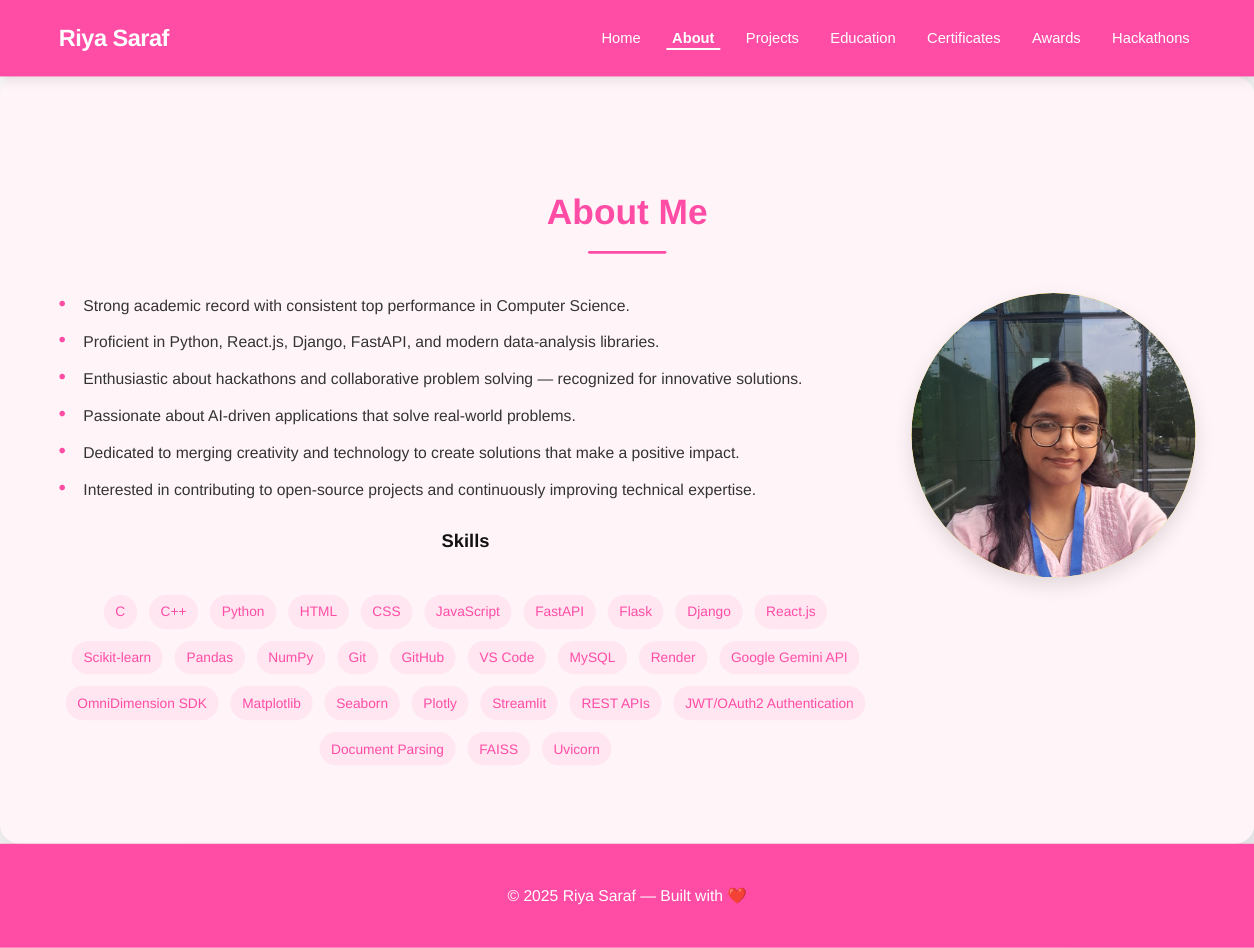
Repository: riyaaaa19/riya-portfolio
Page: /, after clicking the first element matching `nav > :nth-child(2)`
The author's editor kept a copy of each file at every save. The page is drawn from the files as they stood at one save, then again after the next save.
The browser window is 1280 px wide. The pictures show the whole page, at 98% of full size.
The project was rebuilt for these pictures with package versions that can differ from the ones it lists, and the page was loaded fresh each time. Also part of the build but not shown: src/components/TimelineCard.js.

Above is the page before, as saved 2025-09-14 15:51:10.

After the next save:
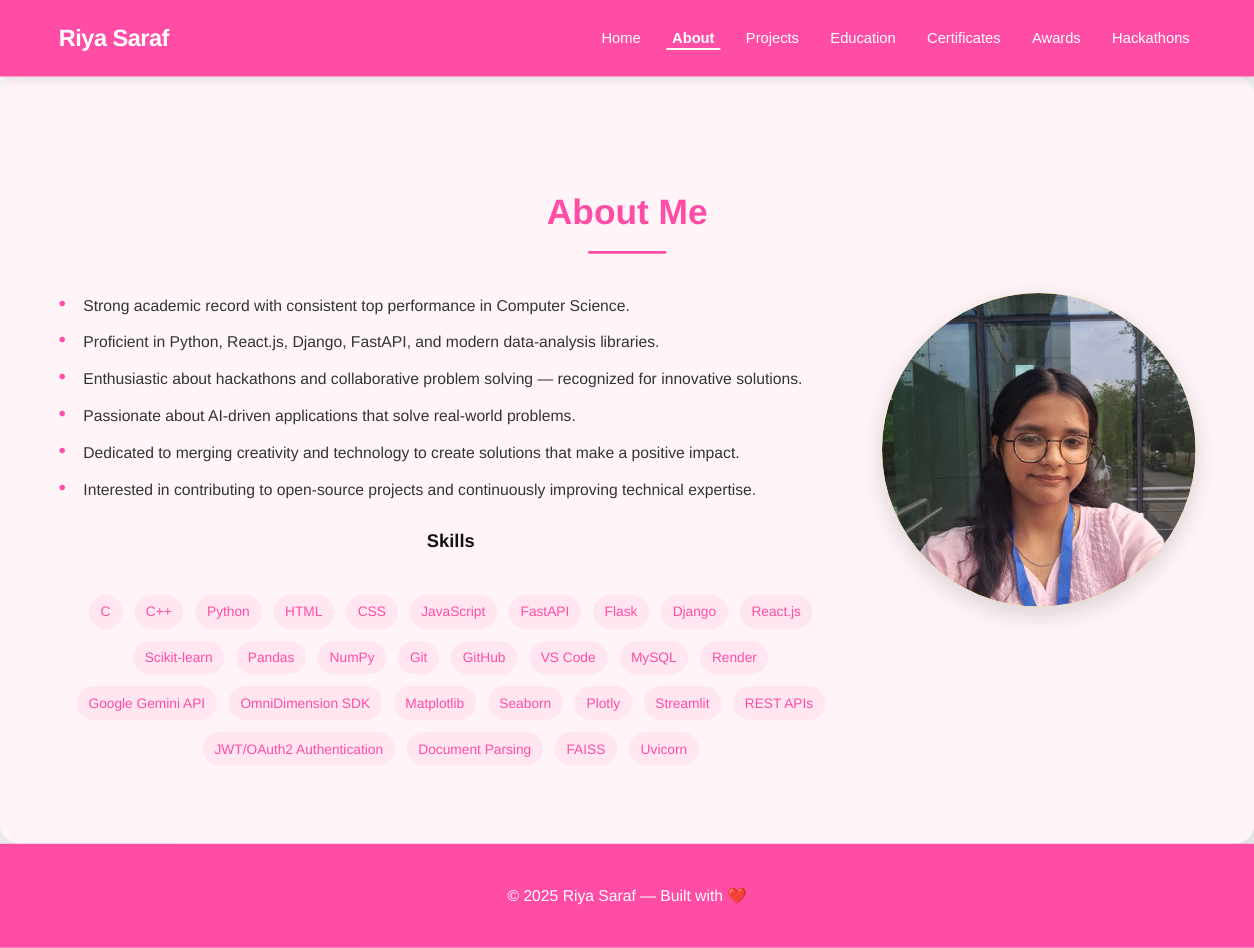
Saved 82 s later.
--- a/src/styles.css
+++ b/src/styles.css
@@ -483,17 +483,18 @@ footer {
 
 /* About image */
 .about-img {
-    flex: 0 0 250px;
-    text-align: center;
+    flex: 0 0 320px; /* increased width */
+    display: flex;   /* enable flexbox */
+    justify-content: center;
+    align-items: center; /* vertically center with the points */
 }
 
 .about-img .avatar-circle {
-    width: 290px;
-    height: 290px;
-    margin: 0 auto;
+    width: 320px;  /* increased size */
+    height: 320px; /* increased size */
     border-radius: 50%;
     overflow: hidden;
-    box-shadow: 0 8px 20px rgba(0,0,0,0.12);
+    box-shadow: 0 8px 25px rgba(0,0,0,0.15);
     transition: transform 0.4s ease, box-shadow 0.4s ease;
 }
 
@@ -507,6 +508,7 @@ footer {
     transform: scale(1.05);
     box-shadow: 0 12px 30px rgba(255,77,166,0.3);
 }
+
 
 /* ===== Skills Section ===== */
 .skills-section {
